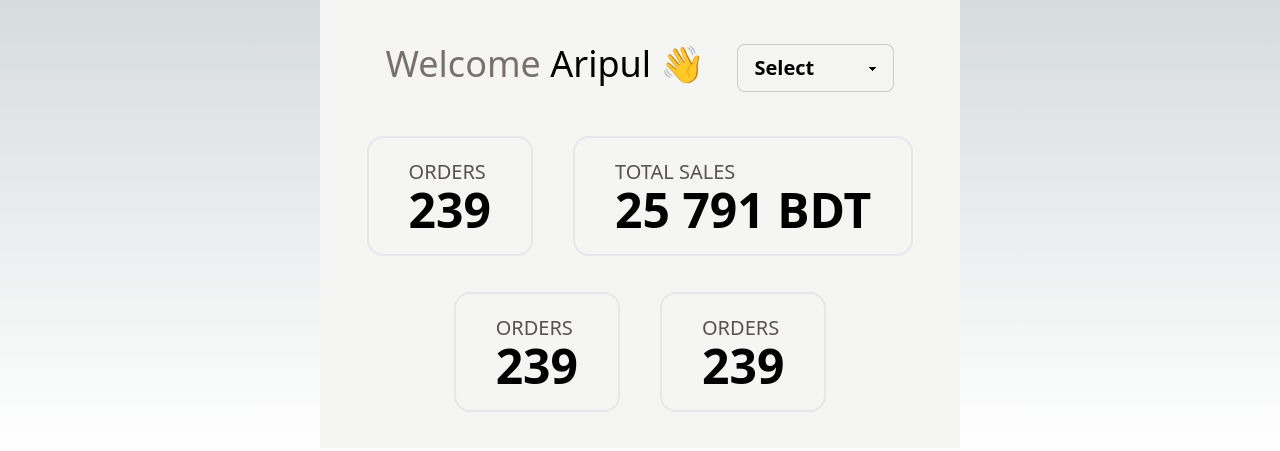
Repository: mehedi9465/nextapp
Page: /Dashboard
The author's editor kept a copy of each file at every save. The page is drawn from the files as they stood at one save, then again after the next save.
The browser window is 1280 px wide. The pictures show the whole page.
The project was rebuilt for these pictures with package versions that can differ from the ones it lists, and the page was loaded fresh each time. The framework's server and built-in components were replaced by stand-ins that run in the browser. Also part of the build but not shown: next.config.js, Components/Navbar.js.

Above is the page before, as saved 2023-03-04 15:47:38.

### pages/Dashboard/index.js
import Navbar from "@/Components/Navbar";
import Link from "next/link";
import React from "react";

const index = () => {
  return (
    <>
      {/* <Navbar></Navbar> */}

      <div className="max-w-screen-sm mx-auto bg-stone-100 text-black overflow-hidden">
        <div className="flex justify-center py-2 my-9">
          <p className="text-4xl mx-4">
            <span className="text-stone-500">Welcome</span> Aripul 👋
          </p>
          <select className="select select-bordered text-xl max-w-xs bg-stone-100 outline-0 mx-4">
            <option disabled selected>
              Select
            </option>
            <option>Today</option>
            <option>Yesterday</option>
          </select>
        </div>
        <div className="flex justify-center my-9">
          <div className="border-2 rounded-2xl justify-start mx-5 px-10 py-5">
            <p className="uppercase text-stone-600 font-normal text-xl">
              Orders
            </p>
            <p className="text-5xl font-bold">239</p>
          </div>
          <div className="border-2 rounded-2xl justify-start mx-5 px-10 py-5 text-left">
            <p className="uppercase text-stone-600 font-normal text-xl">
              Total Sales
            </p>
            <p className="text-5xl font-bold">
              25 791 <span className="">BDT</span>
            </p>
          </div>
        </div>
        <div className="flex justify-center my-9">
          <div className="border-2 rounded-2xl justify-start mx-5 px-10 py-5">
            <p className="uppercase text-stone-600 font-normal text-xl">
              Orders
            </p>
            <p className="text-5xl font-bold">239</p>
          </div>
          <div className="border-2 rounded-2xl justify-start mx-5 px-10 py-5 text-left">
            <p className="uppercase text-stone-600 font-normal text-xl">
              Orders
            </p>
            <p className="text-5xl font-bold">239</p>
          </div>
        </div>
      </div>
    </>
  );
};

export default index;

Loaded but not shown: pages/_app.js (common file); pages/_document.js (common file); styles/globals.css (common file); tailwind.config.js (common file)

After the next save:
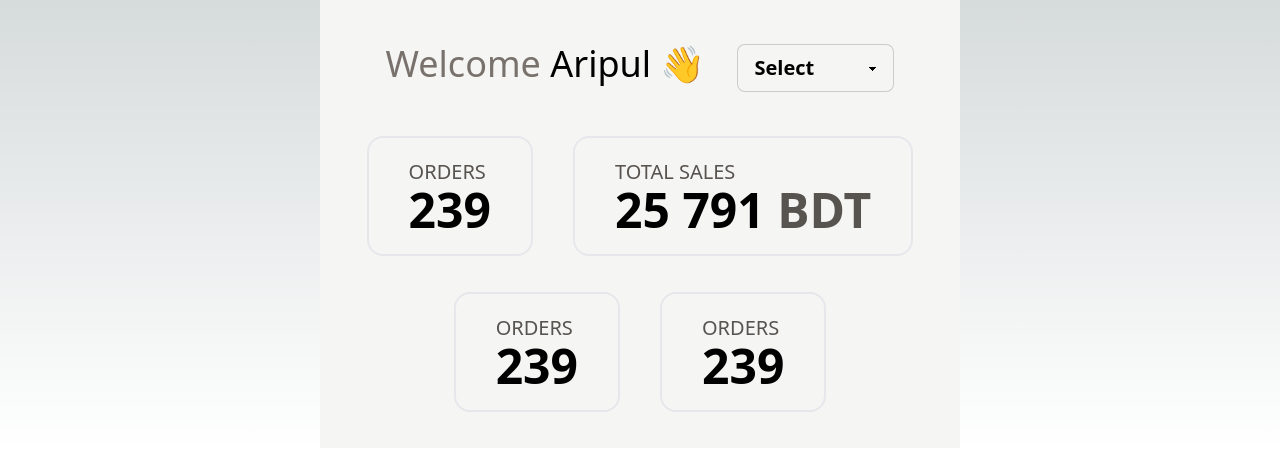
Saved 16 s later.
--- a/pages/Dashboard/index.js
+++ b/pages/Dashboard/index.js
@@ -32,7 +32,7 @@ const index = () => {
               Total Sales
             </p>
             <p className="text-5xl font-bold">
-              25 791 <span className="">BDT</span>
+              25 791 <span className="text-stone-600">BDT</span>
             </p>
           </div>
         </div>
